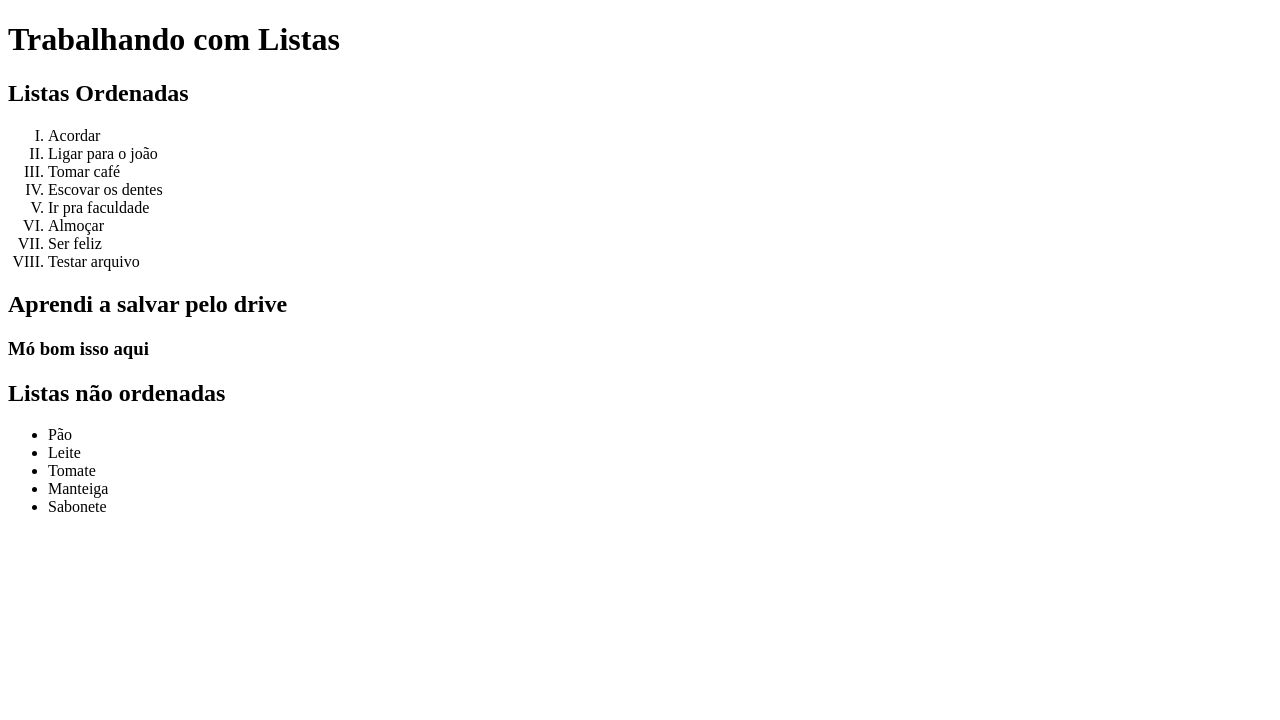
Repository: AlexandreHSSantos/Estudos
Page: Estudos HTML/Exercícios/Exercício 9/index.html
An editor plug-in stored every save of this project. The page is shown before and after the next save, followed by the edit.
The browser window is 1280 px wide. The pictures show the whole page.

Above is the page before, as saved 2026-08-10 17:12:37.

After the next save:
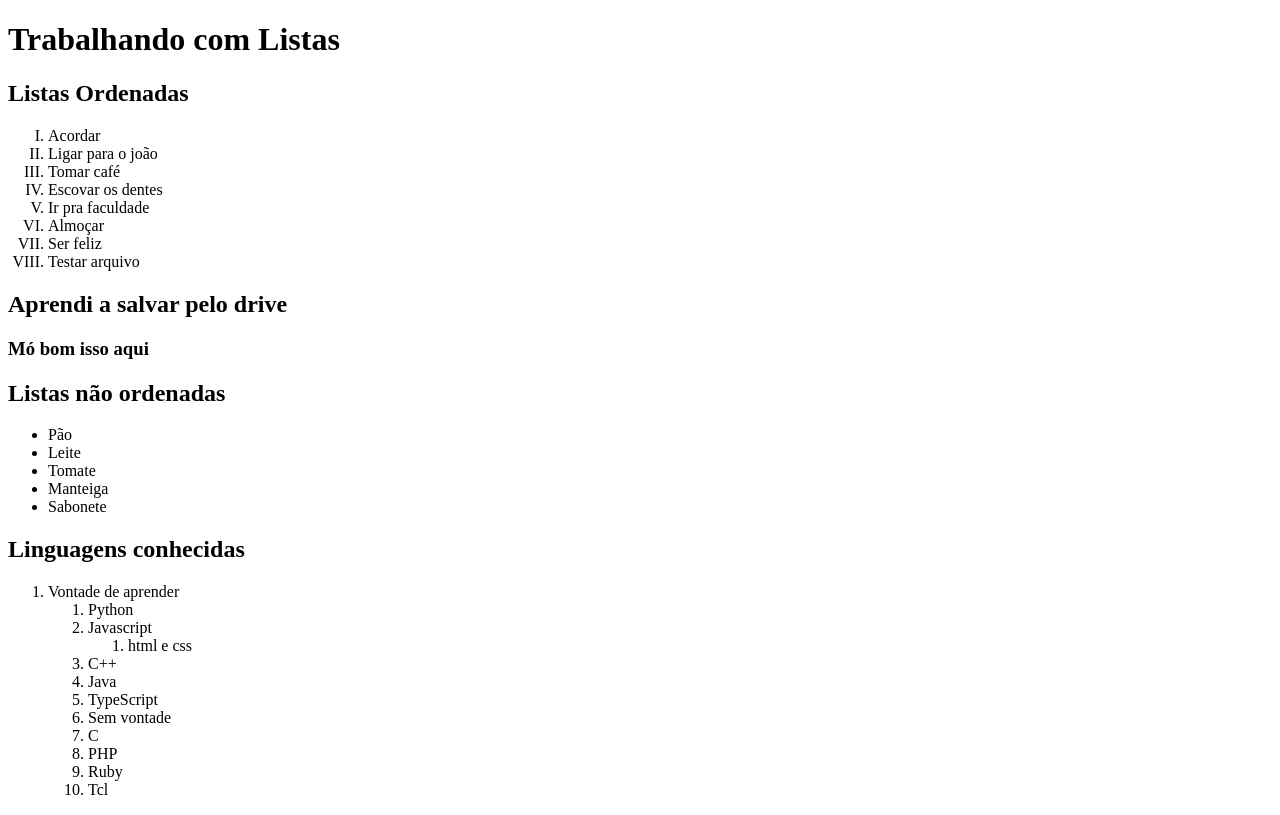
Saved 11 min 18 s later.
--- a/Estudos HTML/Exercícios/Exercício 9/index.html
+++ b/Estudos HTML/Exercícios/Exercício 9/index.html
@@ -26,12 +26,38 @@
     <h2>Listas não ordenadas</h2>
 
     <ul type="disc"> <!-- disc circle square-->
-
       <li>Pão</li>
       <li>Leite</li>
       <li>Tomate</li>
       <li>Manteiga</li>
       <li>Sabonete</li>
     </ul>
+
+    <h2>Linguagens conhecidas</h2>
+    <ol>
+         <li>Vontade de aprender</li>
+
+         <ol>
+            <li>Python</li>
+            <li>Javascript</li>
+
+            <ol>
+               <li>html e css</li>
+            </ol>
+
+            <li>C++</li>
+            <li>Java</li>
+            <li>TypeScript</li>
+
+
+
+         <li>Sem vontade</li>
+
+            <li>C</li>
+            <li>PHP</li>
+            <li>Ruby</li>
+            <li>Tcl</li>
+         </ol>
+    </ol>
  </body>
  </html>
